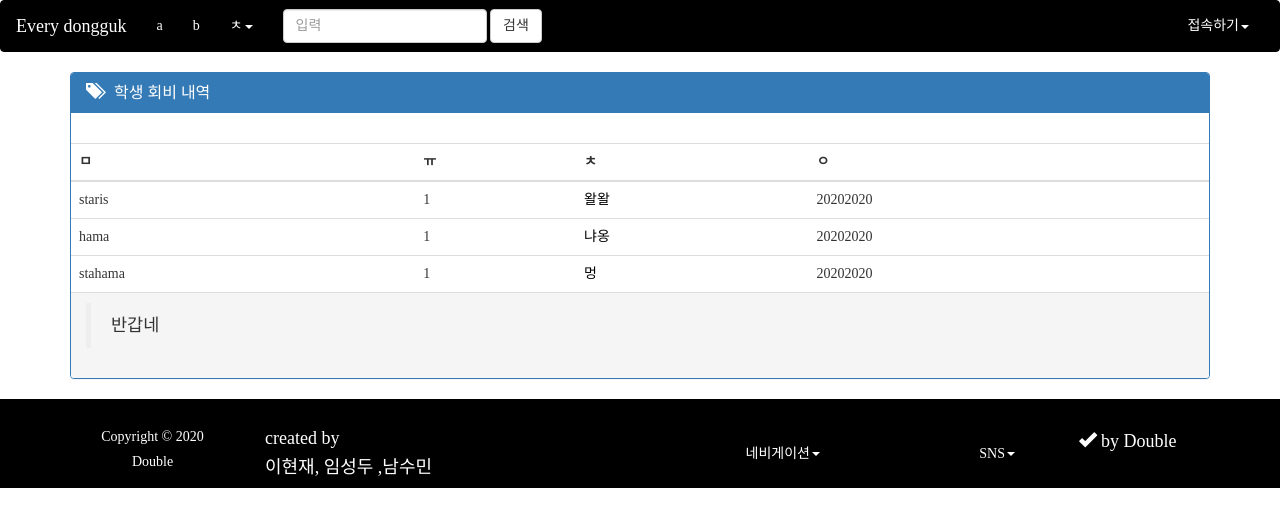
Repository: CSID-DGU/2020-1-ESCD-DOUBLE
Page: http://localhost/web/WEB-INF/views/template/a.jsp
These files come from the project's save history. The page is drawn as it stood at one moment and after the next save; the edit follows.
The browser window is 1280 px wide. The pictures show the whole page.
Some web fonts or font styles are not loaded; a fallback is used. Some web libraries are served in a nearby version. The page is served by Tomcat 9. Nobody is signed in. Other server files are loaded and not shown. The template is opened directly, without the code that normally fills it, so the values that code supplies are empty.

Above is the page before, as saved 2020-05-01 15:44:48.

### web/src/main/webapp/WEB-INF/views/template/a.jsp
<%@ page language="java" contentType="text/html; charset=EUC-KR"
    pageEncoding="EUC-KR"%>
<!DOCTYPE html>
<html>
<head>
<meta charset="EUC-KR">
<title>Insert title here</title>
<link rel="stylesheet" href="resources/css/bootstrap.css">
<link rel="stylesheet" href="resources/css/customize.css">
<script src="https://code.jquery.com/jquery-3.1.1.min.js"></script>
<script src="resources/js/bootstrap.js"></script>

</head>
<body>

<%@include file="header.jsp"%>

<div class="container">
	<div class="row">
		<div class="col-xs-12">
		<div class="panel panel-primary">
		<div class="panel-heading">
			<h3 class="panel-title">
				<span class="glyphicon glyphicon-tags"></span>
				&nbsp;&nbsp;학생 회비 내역
			</h3>
		</div>
		<div class="panel-body">
			<div class="media">


			</div>
		</div>
		<table class="table">
			<thead>
			<tr>
				<th>ㅁ</th>
				<th>ㅠ</th>
				<th>ㅊ</th>
				<th>ㅇ</th>
			</tr>
			</thead>
			<tbody>
				<tr>
				<td>staris</td>
				<td>1</td>
				<td><a href="">왈왈</a></td>
				<td>20202020</td>
				</tr>
				<tr>
				<td>hama</td>
				<td>1</td>
				<td><a href="">냐옹</a></td>
				<td>20202020</td>
				</tr>
				<tr>
				<td>stahama</td>
				<td>1</td>
				<td><a href="">멍</a></td>
				<td>20202020</td>
				</tr>

			</tbody>
		</table>
			<div class="panel-footer">
					<blockquote>반갑네</blockquote>
			</div>

		</div></div>
	</div>
</div>

<%@include file="footer.jsp"%>

</body>
</html>

### web/src/main/webapp/WEB-INF/views/template/header.jsp
<%@ page language="java" contentType="text/html; charset=EUC-KR"
    pageEncoding="EUC-KR"%>
<!DOCTYPE html>
<html>
<head>
<meta charset="EUC-KR">
<title>Insert title here</title>
<link rel="stylesheet" href="resources/css/bootstrap.css">
<link rel="stylesheet" href="resources/css/customize.css">
</head>
<body>
<script src="https://code.jquery.com/jquery-3.1.1.min.js"></script>
<script src="resources/js/bootstrap.js"></script>
<%@taglib prefix= "c" uri= "http://java.sun.com/jsp/jstl/core" %>
<nav class="navbar navbar-default">
	<div class="container-fluid">

		<div class="navbar-header">
			<button type="button" class="navbar-toggle collapsed" data-toggle="collapse"
			data-target="#bs-example-navbar-collapse-1" aria-expanded="false"><!-- 크기를 줄였을때 나타나는 버튼 -->
				<span class="sr-only"></span>
				<span class="icon-bar"></span>
				<span class="icon-bar"></span>
				<span class="icon-bar"></span>
			</button>
			<a class="navbar-brand" href="index">Every dongguk</a>
		</div>

		<div class="collapse navbar-collapse" id="bs-example-navbar-collapse-1"><!-- 네비 중간 대부분을 차지함 -->
			<ul class="nav navbar-nav">
				<li class="active"><a href="a">a<span class="sr-only"></span></a></li>
				<li><a href="#">b</a></li>
				<li class="dropdown">
				<a href="#" class="dropdown-toggle" data-toggle="dropdown" role="button"
				aria-haspopup="true" aria-expanded="false">ㅊ<span class="caret"></span></a><!-- dropdown 연결이 어떤식인지는 모르겠지만 -->
					<ul class="dropdown-menu">
						<li><a href="#">냐옹</a></li>
						<li><a href="#">머멍</a></li>
						<li><a href="#">왈왈</a></li>
					</ul>
				</li>
			</ul>
			<form class="navbar-form navbar-left">
				<div class="form-group">
				<input type="text" class="form-control" placeholder="입력"></div>
				<button type="submit" class="btn btn-default">검색</button>
			</form>

			<ul class="nav navbar-nav navbar-right">
				<li class="dropdown">
					<a href="#" class="dropdown-toggle" data-toggle="dropdown" role="button"
					aria-haspopup="true" aria-expanded="false"><c:if test="${empty Sid }">접속하기</c:if><c:if test="${not empty Sid }">${Sid }</c:if><span class="caret"></span></a>
					<ul class="dropdown-menu">

					<c:choose>
					<c:when test="${empty Sid }">
						<li><a href="login_form">로그인</a></li>
						<li><a href="register_form">회원가입</a></li>
					</c:when>
					<c:otherwise>
						<li><a href="logout">로그아웃</a></li>
						<li><a href="mypage">마이페이지(${Sid})</a></li>
						</c:otherwise>
						</c:choose>

					</ul>

				</li>
			</ul>

		</div>
	</div>
</nav>



</body>
</html>

### web/src/main/webapp/WEB-INF/views/template/footer.jsp
<%@ page language="java" contentType="text/html; charset=EUC-KR"
    pageEncoding="EUC-KR"%>
<!DOCTYPE html>
<html>
<head>
<meta charset="EUC-KR">
<title>Insert title here</title>
<link rel="stylesheet" href="resources/css/bootstrap.css">
<link rel="stylesheet" href="resources/css/customize.css">
</head>
<body>
<script src="https://code.jquery.com/jquery-3.1.1.min.js"></script>
<script src="resources/js/bootstrap.js"></script>

<style type="text/css">
#footul ,#footul2{
color:white;}
#footul:hover ,#footul2:hover{

background-color:black;


}
#footul:focus,#footul2:hover{
background-color:black;}

</style>

<footer style="background-color: #000000;color:#ffffff">
	<div class="container">
		<br>
		<div class="row">
			<div class="col-sm-2" style="text-align: center;"><h5>Copyright &copy; 2020</h5><h5>Double </h5></div>
			<div class="col-sm-4"><h4>created by<h4><p>이현재, 임성두 ,남수민</p></div>
			<div class="col-sm-2"><h4 style="text-align:center;"></h4>

						<ul class="nav navbar-nav navbar-right">
				<li class="dropdown">
					<a href="#" class="dropdown-toggle" data-toggle="dropdown" role="button"
					aria-haspopup="true" aria-expanded="false" id="footul">네비게이션<span class="caret"></span></a>
					<ul class="dropdown-menu">
						<li><a href="#">냐옹</a></li>
						<li><a href="#">멍멍</a></li>
					</ul>

				</li>
			</ul>
			</div>
			<div class="col-sm-2"><h4 style="text-align:center;"></h4>



							<ul class="nav navbar-nav navbar-right">
				<li class="dropdown">
					<a href="#" class="dropdown-toggle" data-toggle="dropdown" role="button"
					aria-haspopup="true" aria-expanded="false" id="footul2">SNS<span class="caret"></span></a>
					<ul class="dropdown-menu">
						<li><a href="#">뭔가 개발자 이메일 보내기?</a></li>
						<li><a href="#">뭐 그런거...</a></li>
					</ul>

				</li>
			</ul>

			</div>
			<div class="col-sm-2"><h4 style="text-align:center;"><span class="glyphicon glyphicon-ok"></span>&nbsp;by Double</h4></div>
	</div>


</div>
</footer>


</body>
</html>

### web/src/main/webapp/resources/css/customize.css
@import url(http://fonts.googleapis.com/earlyaccess/nanumgothic.css);
*{font-family:'Nanum Gothic';}
a{
	color:#000000;
	text-decoration:none;
}
a:hover{
	color:#bbbbbb;
	text-decoration:none;
	cursor:pointer;
}
.navbar-default{/*까만색!*/
	background-color:#000000;
	border-color:#000000;
}
.navbar-default .navbar-brand{
	color:#ffffff;/*하얀색!*/
}
.navbar-default .navbar-brand:hover,
.navbar-default .navbar-brand:focus{
	background-color:transparent;
	color:#bbbbbb;
}
.navbar-default .navbar-nav> .active>a,
.navbar-default .navbar-nav> .active>a:hover,
.navbar-default .navbar-nav> .active>a:focus{
	color:white;
	background-color:#000000;
}
.navbar-default .navbar-nav> li>a:hover,
.navbar-default .navbar-nav> li>a:focus{
	color:#bbbbbb;
}
.navbar-default .navbar-nav> .open>a,
.navbar-default .navbar-nav> .open>a:hover,
.navbar-default .navbar-nav> .open>a:focus{
	color:#000000;
	background-color:#ffffff;
	text-decoration:none;
}
.navbar-default .navbar-nav>li>a{
	color:white;
}
@media(max-width:767px){
	.navbar-default .navbar-nav .open .dropdown-menu>li>a{
	color:#ffffff;}
	.navbar-default .navbar-nav .open .dropdown-menu>li>a:hover,
	.navbar-default .navbar-nav .open .dropdown-menu>li>a:focus{
	color:#bbbbbb;}

}

Loaded but not shown: web/src/main/webapp/resources/css/bootstrap.css (library); web/src/main/webapp/resources/js/bootstrap.js (library)

After the next save:
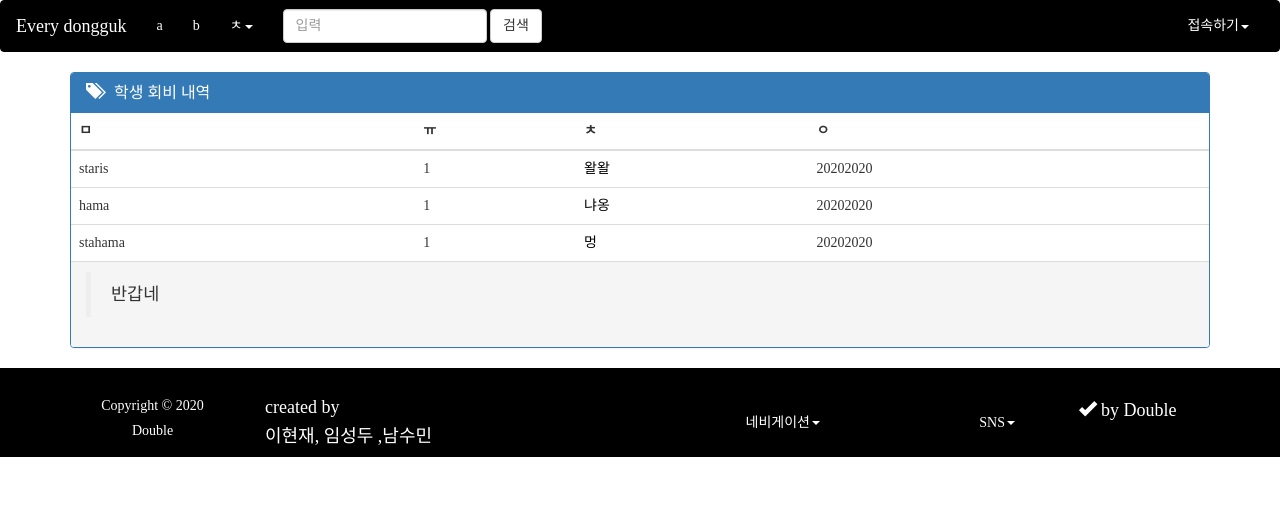
Saved 14 s later.
--- a/web/src/main/webapp/WEB-INF/views/template/a.jsp
+++ b/web/src/main/webapp/WEB-INF/views/template/a.jsp
@@ -25,12 +25,7 @@
 				&nbsp;&nbsp;학생 회비 내역
 			</h3>
 		</div>
-		<div class="panel-body">
-			<div class="media">
 
-
-			</div>
-		</div>
 		<table class="table">
 			<thead>
 			<tr>
